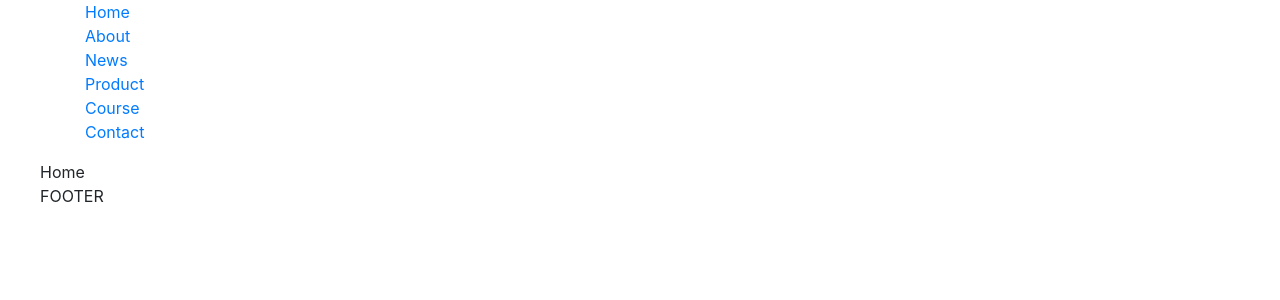
Repository: LmHoangg/php_master_unt
Page: http://localhost/?page=home
An editor plug-in stored every save of this project. The page is shown before and after the next save, followed by the edit.
The browser window is 1280 px wide. The pictures show the whole page.
The page is run by PHP 8.4 with error messages shown; the project is at /var/www/html/.

Above is the page before, as saved 2021-11-17 13:21:03.

After the next save:
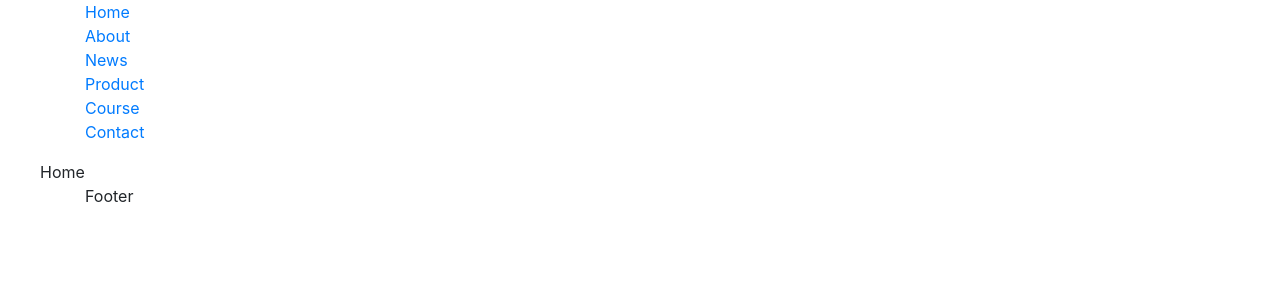
Saved 48 s later.
--- a/inc/footer.php
+++ b/inc/footer.php
@@ -1,5 +1,11 @@
 <div id="footer">
-    FOOTER
+    <div class="container">
+        <div class="row">
+            <div class="col-md-12">
+                <p>Footer</p>
+            </div>
+        </div>
+    </div>
 </div>
 <!-- end footer -->
 </div>
